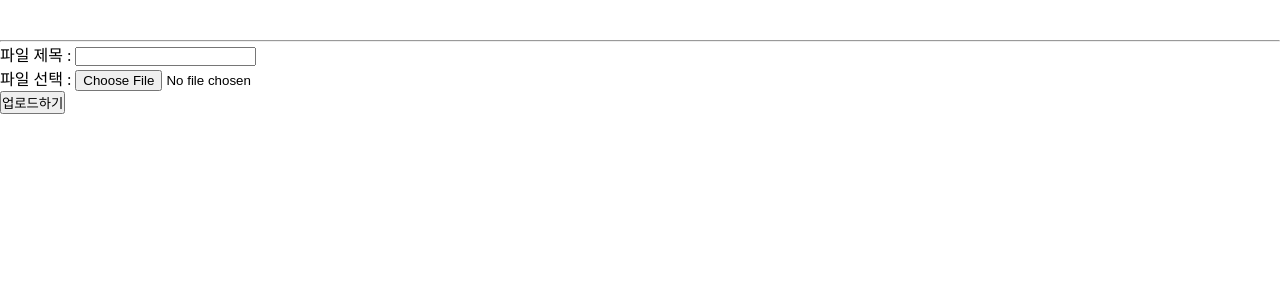
Repository: hyunh84/jsp_study
Page: http://localhost/Day07/j06_file03.jsp
An editor plug-in stored every save of this project. The page is shown before and after the next save, followed by the edit.
The browser window is 1280 px wide. The pictures show the whole page.
The page is served by Tomcat 9. Other server files are loaded and not shown.

Above is the page before, as saved 2015-10-10 04:03:07.

### MyWorks/Day07/WebContent/j06_file03.jsp
<%@ page language="java" contentType="text/html; charset=utf-8"
    pageEncoding="utf-8"%>
<!DOCTYPE html>
<html>
<head>
<meta charset="utf-8">
<title>Insert title here</title>
<style type="text/css">
	* {margin:0; padding:0;}
	a {color:#555; text-decoration:none;}
	a:hover {color:blue; text-decoration:underline;}
	h2 {padding:20px 10px;}
	table {border-collapse:collapse; }
	table th {padding:5px; border:1px solid #777;}
	table td {padding:5px; border:1px solid #777;}
</style>
</head>
<body>
	<h2></h2>
	<hr />

	<%--

		클라이언트가 파일을 전송하는 경우 필요 form 조건

		1. method = "post"
		2. enctype = "multipart/form-data"



	--%>

	<form action="/Day07/j06_file02.jsp" method="post" enctype="multipart/form-data">
		파일 제목 : <input type="text" name="title" /><br />
		파일 선택 : <input type="file" name="upfile" /><br />

		<input type="submit" value="업로드하기" />
	</form>










</body>
</html>

After the next save:
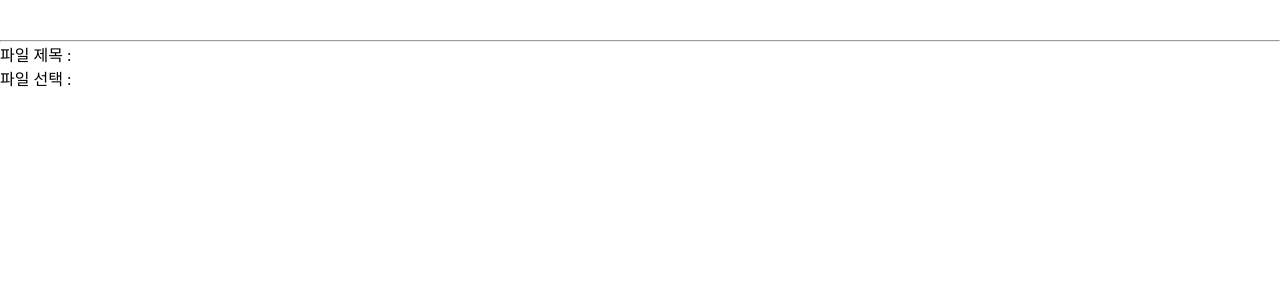
Saved 35 s later.
--- a/MyWorks/Day07/WebContent/j06_file03.jsp
+++ b/MyWorks/Day07/WebContent/j06_file03.jsp
@@ -30,12 +30,9 @@
 
 	--%>
 
-	<form action="/Day07/j06_file02.jsp" method="post" enctype="multipart/form-data">
-		파일 제목 : <input type="text" name="title" /><br />
-		파일 선택 : <input type="file" name="upfile" /><br />
 
-		<input type="submit" value="업로드하기" />
-	</form>
+		파일 제목 : <br />
+		파일 선택 : <br />
 
 
 
